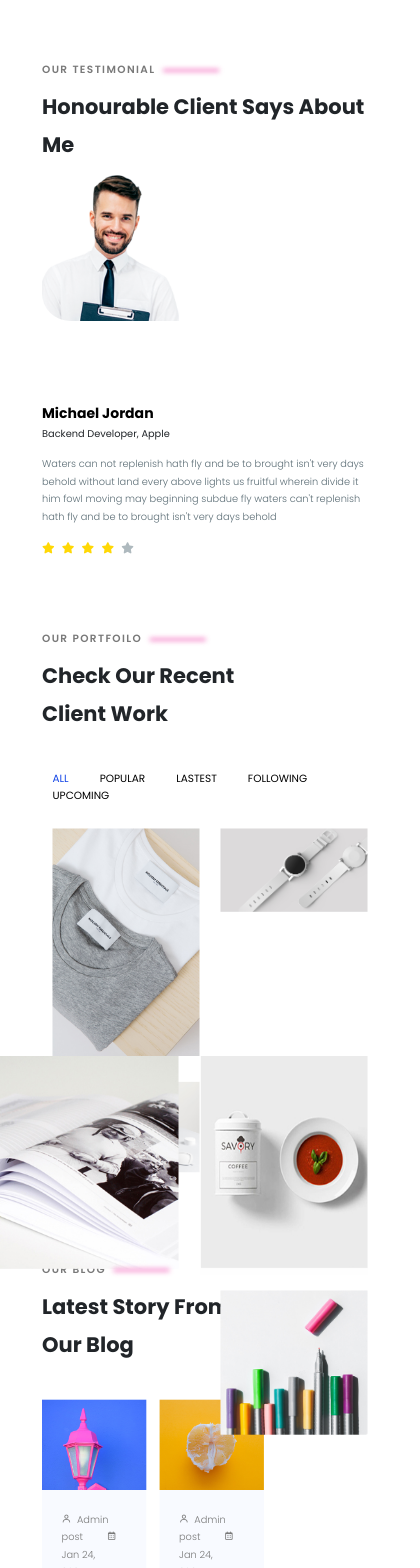
Repository: whoami2991/Sardorbek-Portfolio---Home
Page: index.html
These files come from the project's save history. The page is drawn as it stood at one moment and after the next save; the edit follows.
The browser window is 600 px wide. The pictures show the part of the page from y = 3052 to 5292 px (the page is 7517 px tall before and 7617 px after), at 70% of full size.

Above is the page before, as saved 2024-08-03 21:58:37.

After the next save:
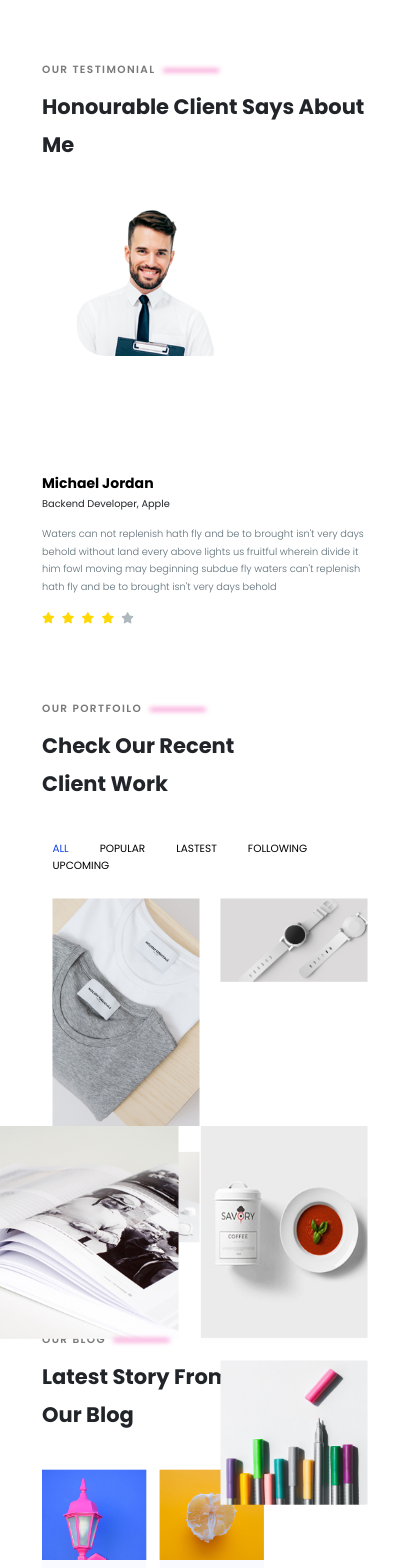
Saved 16 s later.
--- a/styles.css
+++ b/styles.css
@@ -487,6 +487,6 @@
         display: none;
     }
     .client-item_image .client-img{
-        margin: 0;
-    }
-}
+        margin: 50px;
+    }
+}
